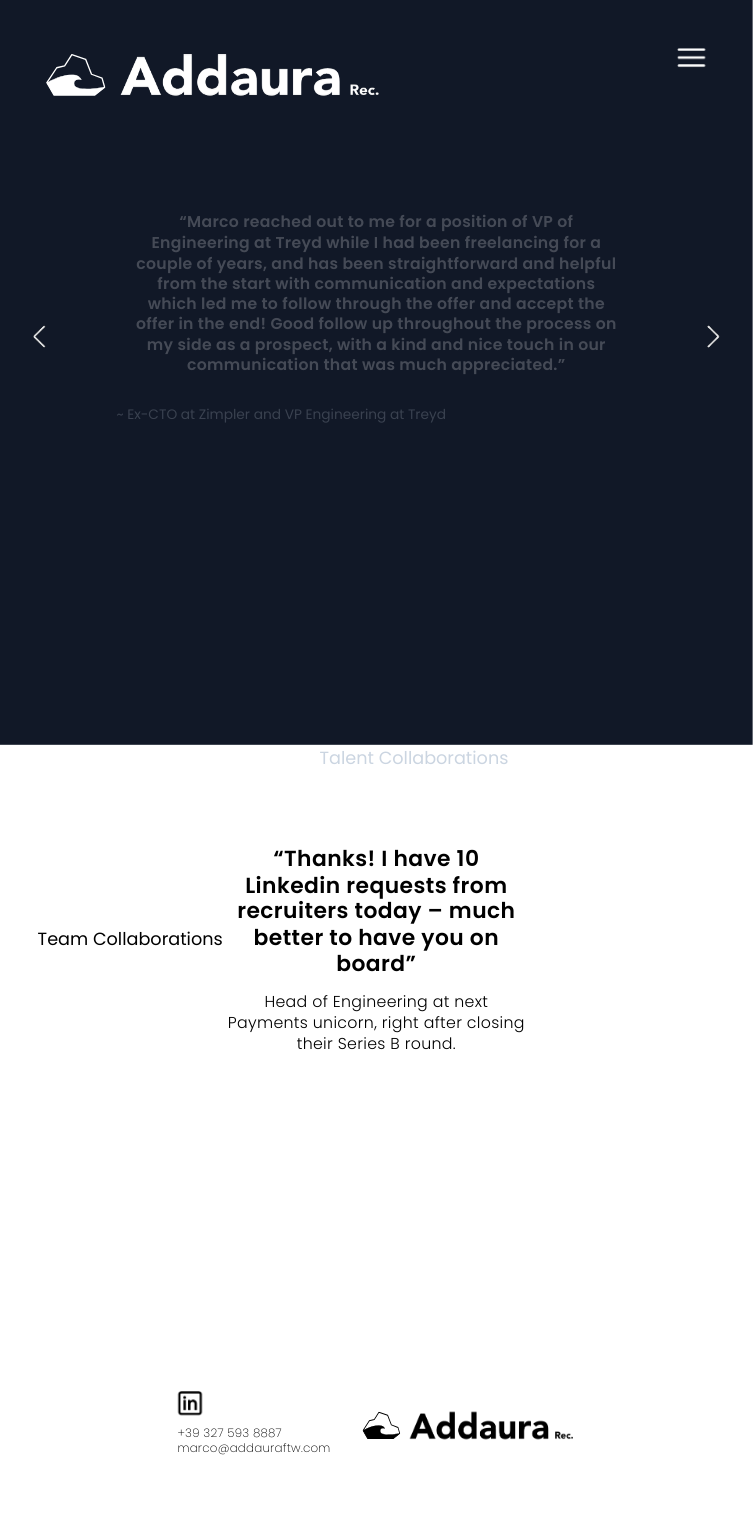
Repository: UnatPannu/Addaura-Trial
Page: public/clients.html
An editor plug-in stored every save of this project. The page is shown before and after the next save, followed by the edit.
The browser window is 768 px wide. The pictures show the whole page, at 98% of full size.

Above is the page before, as saved 2025-09-22 19:30:59.

### public/clients.html
<!DOCTYPE HTML>
<html>
    <head>
        <meta charset="UTF-8">
        <meta name="viewport" content="width=device-width, initial-scale=1.0">
        <link rel="preconnect" href="https://fonts.googleapis.com">
        <link rel="preconnect" href="https://fonts.gstatic.com" crossorigin>
        <link href="https://fonts.googleapis.com/css2?family=Montserrat:ital,wght@0,100..900;1,100..900&family=Poppins:ital,wght@0,100;0,200;0,300;0,400;0,500;0,600;0,700;0,800;0,900;1,100;1,200;1,300;1,400;1,500;1,600;1,700;1,800;1,900&display=swap" rel="stylesheet">
        <link rel="stylesheet" href="styles/styles.css">
        <link rel="stylesheet" href="styles/clients.css">
        <title>Clients - Addaura Rec</title>
        <link rel="icon" href="assets/Addaura-logo/rock.svg" media="(prefers-color-scheme: light)">
        <link rel="icon" href="assets/Addaura-logo/rock-dark.svg" media="(prefers-color-scheme: dark)">
    </head>
    <body class="clients">
        <div class="top-section">
        <header>
        <nav class="navbar" role="navigation" aria-label="Main navigation">
             <a href="index.html" class="mobile-logo">
                <img src="assets/Addaura-logo/logo.svg" alt="Addaura Logo" />
            </a>
                <button class="nav-toggle" aria-label="Toggle menu">
                    <span class="menu-icon"><img src="assets/Icons/nav-toggle.png"/></span>
                    <span class="close-icon"><img src="assets/Icons/nav-cross-white.png"/></span>
                </button>
            <div class="nav-menu">
                <ul class="nav-links">
                    <li><a href="index.html"><img src="assets/Addaura-logo/logo.svg" alt="Addaura Logo" id="nav-logo"/></a></li>
                    <li><a href="about-me.html">About Me</a></li>
                    <li><a href="services.html">Services</a></li>
                    <li id="active"><a href="clients.html">Clients</a></li>
                    <li><a href="contact.html">Contact</a></li>
                    <li><a href="#">Blog</a></li>
                    <li><a href="send-cv.html" id="cv-button">Send CV</a></li>
                </ul>
            </div>
        </nav>
        </header>
        <section class="testimonials-section">
  <div class="testimonials-wrapper">
    <button class="arrow left"><img src="assets/Icons/left-arrow.svg" alt="Prev"></button>
    <div class="testimonial-2 fade">
      <p>“I've had the pleasure of engaging with Marco in his role as recruiter and find him to be a diligent, persistent and focused individual.”</p>
      <span>~ Ex-Klarna, Spotify, and Volvo Cars Engineering and Product leader</span>
    </div>
    <button class="arrow right"><img src="assets/Icons/right-arrow.svg" alt="Next"></button>
  </div>
</section>
</div>
    <div class="bottom-text">Talent Collaborations</div>
    </section>
            <div class="logo-container dark">
                <div class="testimonial-logo"><img src="assets/Client logos/profile-centevo.png" alt="Profile Centevo"/></div>
                <div class="testimonial-logo"><img src="assets/Client logos/flatpay.png" alt="Flatpay"/></div>
                <div class="testimonial-logo"><img src="assets/Client logos/ratepay.png" alt="Ratepay"/></div>
                <div class="testimonial-logo"><img src="assets/Client logos/treyd.png" alt="Treyd"/></div>
                <div class="testimonial-logo"><img src="assets/Client logos/yabie.png" alt="Yabie"/></div>
                <div class="testimonial-logo"><img src="assets/Client logos/paycomplete.png" alt="PayComplete"/></div>
            </div>
        <div class="team-section">
            <h4>“Thanks! I have 10 Linkedin requests from recruiters today – much better to have you on board”</h4>
            <p>Head of Engineering at next Payments unicorn, right after closing their Series B round.</p>
            <div class="bottom-text">Team Collaborations</div>
        </div>
        <footer>
            <div class="contact-info">
                <div class="footer-logos">
                    <a href="http://linkedin.com/in/marco-mannino-053960225"><img src="assets/Footer/linkedin-icon.png" alt="Linkedin"/></a>
                </div>
                <p>+39 327 593 8887</p>
                <p>marco@addauraftw.com</p>
            </div>
            <img src="assets/Addaura-logo/logo-black.svg" alt="Addaura" id="Addaura-logo"/>
        </footer>
        <script src="scripts/script.js"></script>
        <script src="scripts/clients.js"></script>
    </body>
    </html>

### public/styles/clients.css
/*Top Section*/
.clients .top-section{
  background-color: #111827;
  height:95vh;
}
.testimonials-section {
  display: flex;
  flex-direction: column;
  justify-content: center;
  align-items: center;
  height: 100vh; /* full height */
  position: relative;
  padding: 20px;
  box-sizing: border-box;
}
.testimonials-wrapper {
  display: flex;
  align-items: center;
  justify-content: center;
  margin-bottom:10%;
  max-width: 900px;
  width: 100%;
  position: relative;
}
.testimonial-2 {
  max-width: 80%;
  text-align: center;
  color:white;
  padding-bottom:5%;
}
.testimonial-2 p {
  font-size: clamp(1.1rem, 1.25vw, 1.5rem); /* ≈ 24px */
  font-weight: var(--semi-bold);
  line-height: 1.5;
  margin-bottom: 5%;
}
.testimonial-2 span {
  font-size: clamp(0.8rem, 0.9vw, 1.06rem);
  color: #cbd5e1;
}
.arrow {
  background: none;
  border: none;
  padding: 0;
  cursor: pointer;
  display: flex;
  align-items: center;
}
.arrow img {
  width: 18px;    /* adjust thinness */
  height: auto;
  opacity: 0.9;
  transition: opacity 0.3s;
}
.arrow:hover img {
  opacity: 0.6;
}
.arrow.left {
  position: absolute;
  left: -50px; /* adjust for layout */
  top: 50%;
  transform: translateY(-50%);
}
.arrow.right {
  position: absolute;
  right: -50px;
  top: 50%;
  transform: translateY(-50%);
}
.fade {
  animation: fadeEffect 0.6s;
}
/*Team Collaborations*/
.team-section{
  width:100vw;
  height:50vh;
  position:relative;
  margin-top:10%;
  margin-bottom:8%;
  text-align:center;
}
.team-section p{
  font-weight:300;
}
.team-section h4,.team-section p{
  width:40%;
  margin-inline:auto;
  margin-bottom:2%;
}
.team-section .bottom-text{
  color:black;
  position:absolute;
  bottom:30px;
}
.logo-container.dark {
  overflow: auto;
  scrollbar-width: none;
  -ms-overflow-style: none;
  background-color: white;
  gap: 5%;
  padding: 2%;
  margin-left: -7%;
  margin-top:1%;
}
.logo-container.dark .testimonial-logo {
  background-color: #111827; /* switched */
}
.logo-container.dark::-webkit-scrollbar {
  display: none;
}
.bottom-text {
  position: absolute;
  left: 5%;
  bottom:10%;
  font-size: 0.75rem;
  color: #cbd5e1;
  z-index:2;
}
@media (max-width: 1024px) {
.arrow.left {
    left: 10px;   /* keep inside */
  }
  .arrow.right {
    right: 10px;  /* keep inside */
  }
  .arrow img {
    width: 20px;  /* a bit smaller for mobile */
    padding-inline:15%;
  }
  .testimonial-2 p{
    max-width: 90%;
    margin: 0 auto;
  }
  .testimonial-2 span{
    max-width:70%;
    padding-left:5%;
  }
  .logo-container.dark img{
    width:100%;
  }
}
/*Mobile Only*/
@media(max-width:768px){
    .clients .testimonial-2 p{
    width:85%;
    font-size: clamp(16px, 1.6vw, 23px);
    display:block;
    margin-inline:auto;
    margin-bottom:5%;
  }
  .clients .testimonial-2 span{
    max-width:85%;
    font-size: clamp(14px, 1.5vw, 15px);
    display:block;
    padding-left:26px;
    text-align:justify;
  }
  .logo-container.dark{
    display:none;
  }
  .bottom-text{
    position:relative;
    text-align:center;
    top:20%;
  }
}

Loaded but not shown: public/scripts/script.js (87 lines, source omitted); public/scripts/clients.js (40 lines, source omitted); public/styles/styles.css (1166 lines, source omitted)

After the next save:
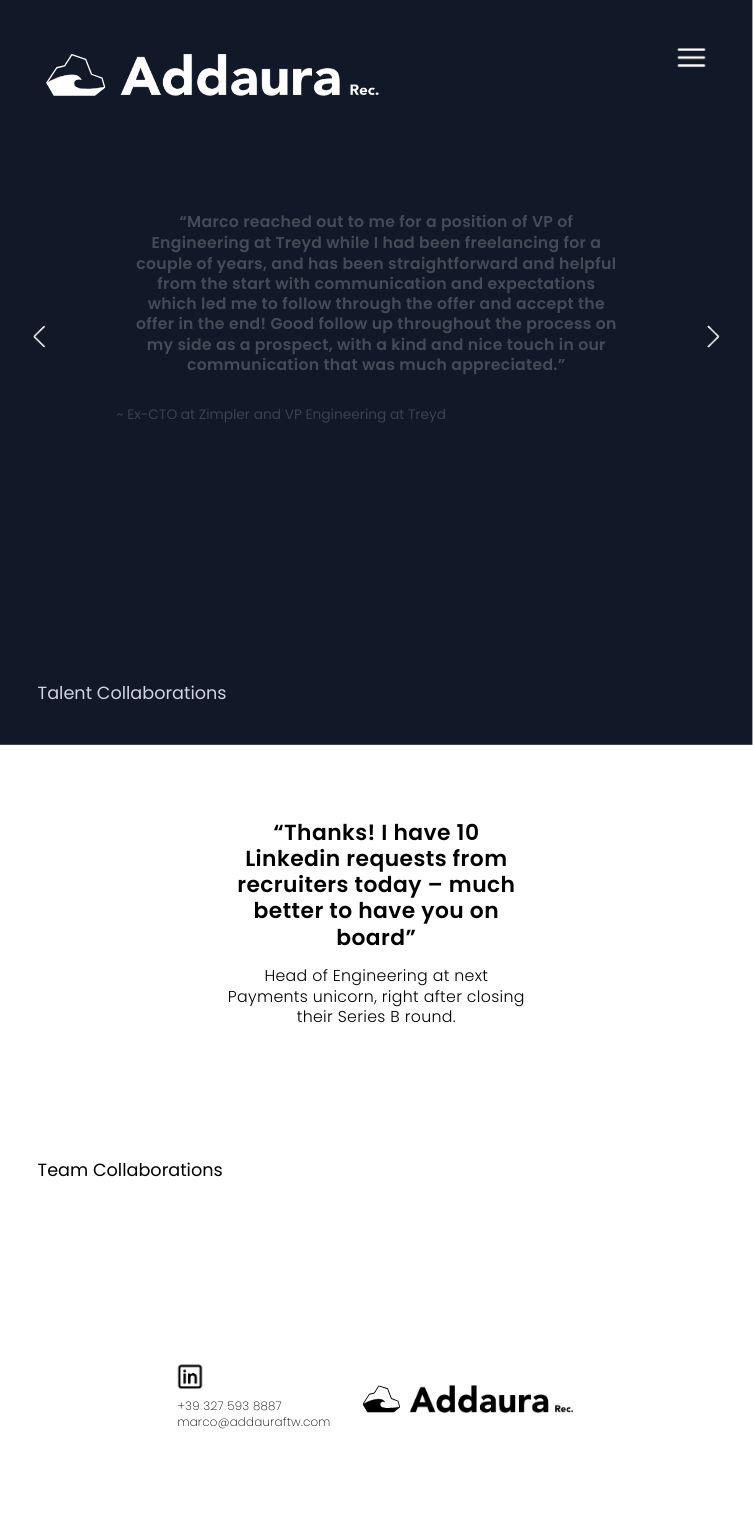
Saved 12 s later.
--- a/public/styles/clients.css
+++ b/public/styles/clients.css
@@ -159,8 +159,5 @@
     display:none;
   }
   .bottom-text{
-    position:relative;
-    text-align:center;
-    top:20%;
   }
 }
